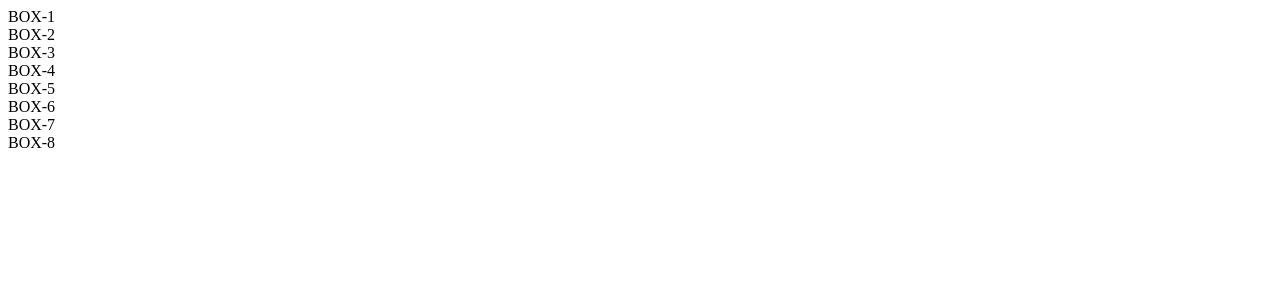
Repository: ARUN-YERRAM/HTMLLEARNING
Page: indxs.html
The author's editor kept a copy of each file at every save. The page is drawn from the files as they stood at one save, then again after a run of saves.
The browser window is 1280 px wide. The pictures show the whole page.

Above is the page before, as saved 2024-01-26 22:02:31.

### indxs.html
<!DOCTYPE html>
<html lang="en">
<head>
    <meta charset="UTF-8">
    <meta name="viewport" content="width=device-width, initial-scale=1.0">
    <title>Document</title>
    <link>
</head>
<body>

    <div class="container">
        <div class="box">BOX-1</div>
        <div class="box">BOX-2</div>
        <div class="box">BOX-3</div>
        <div class="box">BOX-4</div>
        <div class="box">BOX-5</div>
        <div class="box">BOX-6</div>
        <div class="box">BOX-7</div>
        <div class="box">BOX-8</div>
    </div>
</body>
</html>

After the next 3 saves:
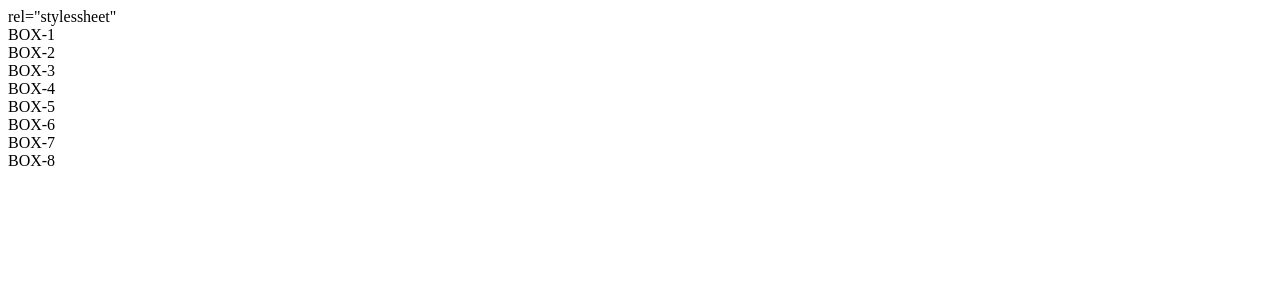
The 3 saves are shown as one change because they came seconds apart.
The last was saved 13 s later.
--- a/indxs.html
+++ b/indxs.html
@@ -4,7 +4,7 @@
     <meta charset="UTF-8">
     <meta name="viewport" content="width=device-width, initial-scale=1.0">
     <title>Document</title>
-    <link>
+    <link> rel="stylessheet"
 </head>
 <body>
 
